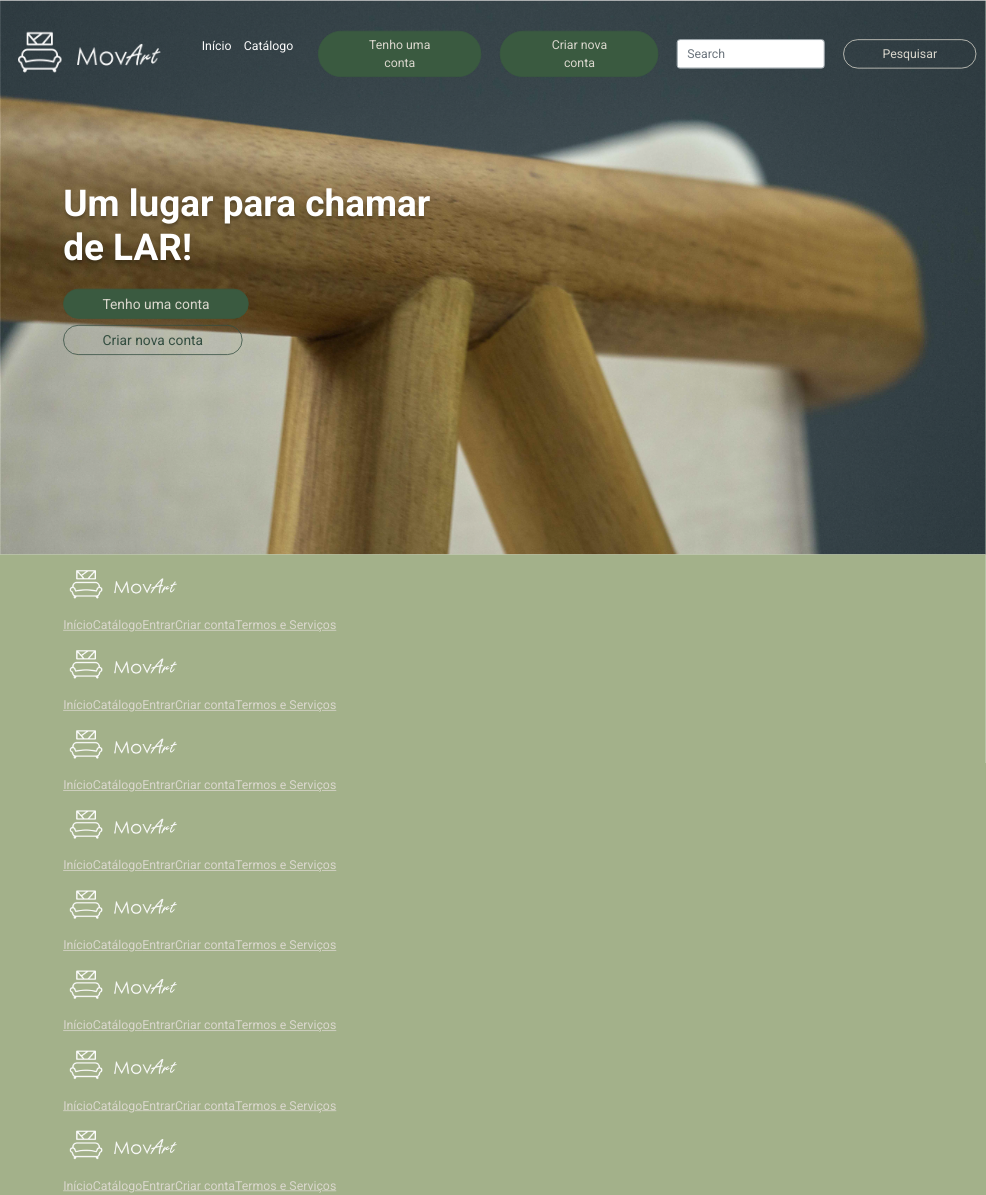
Repository: telesbp/Projeto-4-e-Projeto-5
Page: / (app in front-end/)
An editor plug-in stored every save of this project. The page is shown before and after the next save, followed by the edit.
The browser window is 1280 px wide. The pictures show the whole page, at 77% of full size.
The project was rebuilt for these pictures with package versions that can differ from the ones it lists, and the page was loaded fresh each time.

Above is the page before, as saved 2022-07-17 21:21:30.

### front-end/public/index.html
<!DOCTYPE html>
<html lang="pt-BR">
  <head>
    <meta charset="utf-8" />
    <link rel="icon" href="%PUBLIC_URL%/favicon.ico" />
    <meta name="viewport" content="width=device-width, initial-scale=1" />
    <meta name="theme-color" content="#000000" />
    <meta
      name="description"
      content="Seu negócio automatizado!"
    />
    <link rel="apple-touch-icon" href="%PUBLIC_URL%/logo192.png" />
    <!--
      manifest.json provides metadata used when your web app is installed on a
      user's mobile device or desktop. See https://developers.google.com/web/fundamentals/web-app-manifest/
    -->
    <link rel="manifest" href="%PUBLIC_URL%/manifest.json" />
    <!--
      Notice the use of %PUBLIC_URL% in the tags above.
      It will be replaced with the URL of the `public` folder during the build.
      Only files inside the `public` folder can be referenced from the HTML.

      Unlike "/favicon.ico" or "favicon.ico", "%PUBLIC_URL%/favicon.ico" will
      work correctly both with client-side routing and a non-root public URL.
      Learn how to configure a non-root public URL by running `npm run build`.
    -->
    <title>Stagio</title>

    <link rel="preconnect" href="https://fonts.googleapis.com">
    <link rel="preconnect" href="https://fonts.gstatic.com" crossorigin>
    <link href="https://fonts.googleapis.com/css2?family=Roboto:wght@400;700&display=swap" rel="stylesheet">
  </head>
  <body>
    <noscript>You need to enable JavaScript to run this app.</noscript>
    <div id="root"></div>
    <!--
      This HTML file is a template.
      If you open it directly in the browser, you will see an empty page.

      You can add webfonts, meta tags, or analytics to this file.
      The build step will place the bundled scripts into the <body> tag.

      To begin the development, run `npm start` or `yarn start`.
      To create a production bundle, use `npm run build` or `yarn build`.
    -->
  </body>
</html>

### front-end/src/index.tsx
import React from 'react';
import ReactDOM from 'react-dom/client';
import App from './App';
import 'bootstrap/dist/css/bootstrap.min.css';
import { BrowserRouter } from 'react-router-dom';
import 'react-toastify/dist/ReactToastify.css';
import { ToastContainer } from 'react-toastify';
import { GlobalStyle } from './assets/css/global';

const root = ReactDOM.createRoot(
  document.getElementById('root') as HTMLElement
);
root.render(
  <React.StrictMode>
    <BrowserRouter>
    <GlobalStyle/>
      <App />
      <ToastContainer/>
    </BrowserRouter>
  </React.StrictMode>
);

### front-end/src/App.tsx
import { HomeView } from "./views/Home";

function App() {
  return (
    <HomeView/>
  );
}

export default App;

### front-end/src/assets/css/global.ts
import { createGlobalStyle } from "styled-components";

export const GlobalStyle = createGlobalStyle`
    body{
       font-family: 'Roboto', sans-serif;
    }
`

### front-end/src/views/Home/index.tsx
import { Container } from "react-bootstrap";
import styled from "styled-components";
import bgSite from "../../assets/img/cadeira1.png"
import { CustomButton } from "../../components/CustomButton";
import { Layout } from "../../components/Layout";

export function HomeView(){
    return(
        <Layout>
            <Banner className="vh-100">
                <Container className="h-100 d-flex flex-column justify-content-center align-items-center align-items-lg-start">
                    <Title className="text-center text-white text-lg-start mt-auto mt-lg-0 ">Um lugar para chamar de LAR!</Title>
                    <CustomButton size="lg" to="login" variant="primary" className="mt-auto mt-lg-3 mb-2">Tenho uma conta</CustomButton>
                    <CustomButton size="lg" to="cadastro" variant="outline-primary" className="mb-4">Criar nova conta</CustomButton>
                </Container>
            </Banner>
        </Layout>
    )
}

const Banner = styled.div`
    background: url(${bgSite}) no-repeat center center;
    background-size: cover;
`
const Title = styled.h1`
    font-size: 2.25rem;
    font-weight: bold;
    text-shadow: 0 4px 4px rgba(0, 0, 0, 0.25);
    @media (min-width: 992px){
        font-size: 3rem;
        max-width: 500px;
    }
`

### front-end/src/components/CustomButton/index.tsx
import { Button, ButtonProps, Spinner } from "react-bootstrap";
import { LinkContainer } from "react-router-bootstrap";
import styled from "styled-components";

type Props = ButtonProps & {
    loading?: boolean
    to?: string
}

export function CustomButton({children, loading, to, ...otherProps}: Props) {
    const button = (
        <ButtonStyled {...otherProps}>
            {loading && (
                <Spinner animation="border" role="status" size="sm" className="me-2">
                    <span className="visually-hidden">Carregando...</span>
                </Spinner>
            )}
            {children}
        </ButtonStyled>
    )
    if (to){
        return(
            <LinkContainer to={to}>
                {button}
            </LinkContainer>
        )
    }
    return button
}
const ButtonStyled = styled(Button)`
    border-radius: 50px;
    font-weight: 500;
    padding:5px 50px 5px 50px;
    ${props => props.size ==='lg' && `
        font-size: 1.125rem;
    `}
    ${props => (props.variant === "primary" || !props.variant) && `
        background-color: #3A5A40;
        border-color: #3A5A40;
        color: #DAD7CD!important;
        &:hover {
            background-color: #344E41;
            border-color: #344E41;
        }
    `}
    ${props => (props.variant === "outline-primary" || !props.variant) && `
        border-color: #344E41;
        color: #344E41;
        &:hover {
            background-color: #344E41;
            border-color: #344E41;
            color: #DAD7CD;
        }
    `}
    ${props => (props.variant === "outline-secundary" || !props.variant) && `
        border-color: #DAD7CD;
        color: #DAD7CD;
        &:hover {
            background-color: #344E41;
            border-color: #344E41;
            color: #DAD7CD;
        }
    `}
`

### front-end/src/components/Layout/index.tsx
import { Footer } from "./Footer"
import { Header } from "./Header"

type Props = {
    children: React.ReactNode
}
export const Layout: React.FC<Props> = ({children}) => {
    return (
        <>
            <Header/>
            {children}
            <Footer/>
        </>
    )
}

### front-end/src/components/Layout/Footer.tsx
import { Container, Nav } from "react-bootstrap";
import { Link } from "react-router-dom";
import styled from "styled-components";
import LogoBrand from "../../assets/img/logobranca.png"

export function Footer () {
    return(
        <FooterStyled>
            <Container>
                <img src={LogoBrand} alt="MovArt" width={170} height={80}/>
                <Nav>
                    <NavLinkTitleStyled  as={Link} to="/">Início</NavLinkTitleStyled >
                    <NavLinkTitleStyled  as={Link} to="/">Catálogo</NavLinkTitleStyled >
                    <NavLinkTitleStyled  as={Link} to="/">Entrar</NavLinkTitleStyled >
                    <NavLinkTitleStyled  as={Link} to="/">Criar conta</NavLinkTitleStyled >
                    <NavLinkTitleStyled  as={Link} to="/">Termos e Serviços</NavLinkTitleStyled >
                </Nav>
            </Container>
            <Container>
                <img src={LogoBrand} alt="MovArt" width={170} height={80}/>
                <Nav>
                    <NavLinkTitleStyled  as={Link} to="/">Início</NavLinkTitleStyled >
                    <NavLinkTitleStyled  as={Link} to="/">Catálogo</NavLinkTitleStyled >
                    <NavLinkTitleStyled  as={Link} to="/">Entrar</NavLinkTitleStyled >
                    <NavLinkTitleStyled  as={Link} to="/">Criar conta</NavLinkTitleStyled >
                    <NavLinkTitleStyled  as={Link} to="/">Termos e Serviços</NavLinkTitleStyled >
                </Nav>
            </Container>
            <Container>
                <img src={LogoBrand} alt="MovArt" width={170} height={80}/>
                <Nav>
                    <NavLinkTitleStyled  as={Link} to="/">Início</NavLinkTitleStyled >
                    <NavLinkTitleStyled  as={Link} to="/">Catálogo</NavLinkTitleStyled >
                    <NavLinkTitleStyled  as={Link} to="/">Entrar</NavLinkTitleStyled >
                    <NavLinkTitleStyled  as={Link} to="/">Criar conta</NavLinkTitleStyled >
                    <NavLinkTitleStyled  as={Link} to="/">Termos e Serviços</NavLinkTitleStyled >
                </Nav>
            </Container>
            <Container>
                <img src={LogoBrand} alt="MovArt" width={170} height={80}/>
                <Nav>
                    <NavLinkTitleStyled  as={Link} to="/">Início</NavLinkTitleStyled >
                    <NavLinkTitleStyled  as={Link} to="/">Catálogo</NavLinkTitleStyled >
                    <NavLinkTitleStyled  as={Link} to="/">Entrar</NavLinkTitleStyled >
                    <NavLinkTitleStyled  as={Link} to="/">Criar conta</NavLinkTitleStyled >
                    <NavLinkTitleStyled  as={Link} to="/">Termos e Serviços</NavLinkTitleStyled >
                </Nav>
            </Container>
            <Container>
                <img src={LogoBrand} alt="MovArt" width={170} height={80}/>
                <Nav>
                    <NavLinkTitleStyled  as={Link} to="/">Início</NavLinkTitleStyled >
                    <NavLinkTitleStyled  as={Link} to="/">Catálogo</NavLinkTitleStyled >
                    <NavLinkTitleStyled  as={Link} to="/">Entrar</NavLinkTitleStyled >
                    <NavLinkTitleStyled  as={Link} to="/">Criar conta</NavLinkTitleStyled >
                    <NavLinkTitleStyled  as={Link} to="/">Termos e Serviços</NavLinkTitleStyled >
                </Nav>
            </Container>
            <Container>
                <img src={LogoBrand} alt="MovArt" width={170} height={80}/>
                <Nav>
                    <NavLinkTitleStyled  as={Link} to="/">Início</NavLinkTitleStyled >
                    <NavLinkTitleStyled  as={Link} to="/">Catálogo</NavLinkTitleStyled >
                    <NavLinkTitleStyled  as={Link} to="/">Entrar</NavLinkTitleStyled >
                    <NavLinkTitleStyled  as={Link} to="/">Criar conta</NavLinkTitleStyled >
                    <NavLinkTitleStyled  as={Link} to="/">Termos e Serviços</NavLinkTitleStyled >
                </Nav>
            </Container>
            <Container>
                <img src={LogoBrand} alt="MovArt" width={170} height={80}/>
                <Nav>
                    <NavLinkTitleStyled  as={Link} to="/">Início</NavLinkTitleStyled >
                    <NavLinkTitleStyled  as={Link} to="/">Catálogo</NavLinkTitleStyled >
                    <NavLinkTitleStyled  as={Link} to="/">Entrar</NavLinkTitleStyled >
                    <NavLinkTitleStyled  as={Link} to="/">Criar conta</NavLinkTitleStyled >
                    <NavLinkTitleStyled  as={Link} to="/">Termos e Serviços</NavLinkTitleStyled >
                </Nav>
            </Container>
            <Container>
                <img src={LogoBrand} alt="MovArt" width={170} height={80}/>
                <Nav>
                    <NavLinkTitleStyled  as={Link} to="/">Início</NavLinkTitleStyled >
                    <NavLinkTitleStyled  as={Link} to="/">Catálogo</NavLinkTitleStyled >
                    <NavLinkTitleStyled  as={Link} to="/">Entrar</NavLinkTitleStyled >
                    <NavLinkTitleStyled  as={Link} to="/">Criar conta</NavLinkTitleStyled >
                    <NavLinkTitleStyled  as={Link} to="/">Termos e Serviços</NavLinkTitleStyled >
                </Nav>
            </Container>
        </FooterStyled>
    )
}

const FooterStyled = styled.footer`
    background: #A3B18A;
`
const NavLinkTitleStyled = styled(Nav.Link)`
    color:#DAD7CD;
`

### front-end/src/components/Layout/Header.tsx
import { faBarsStaggered } from "@fortawesome/free-solid-svg-icons";
import { FontAwesomeIcon } from "@fortawesome/react-fontawesome";
import { useEffect, useState } from "react";
import { Container, Form, Nav, Navbar } from "react-bootstrap";
import { Link } from "react-router-dom";
import styled from "styled-components";
import LogoBrand from "../../assets/img/logobranca.png"
import LogoBrandBlack from "../../assets/img/logopreta.png"
import { CustomButton } from "../CustomButton";

export function Header() {
    const [isTransparent, setIsTransparent] = useState(true)
    useEffect(() => {
        const scrollChange = () => {
            const isLowScroll = window.scrollY < 60
            if (isLowScroll !== isTransparent){
            setIsTransparent(isLowScroll)
        }
        }
        window.addEventListener("scroll", scrollChange)
        return () => {
            window.removeEventListener("scroll", scrollChange)
        }
    },[isTransparent])
    return(
        <Navbar fixed="top" expand="lg" bg={isTransparent ? undefined : "white"} >
        <Container fluid>
          <Navbar.Brand to="/" as={Link}>
            <ImageStyle src={isTransparent ? LogoBrand : LogoBrandBlack} alt="MovArt" width={170} height={80}/>
          </Navbar.Brand>
          <NavBarToggleStyled aria-controls="basic-navbar-nav">
            <FontAwesomeIcon icon={faBarsStaggered}  className={isTransparent ? "text-white" : "text-dark"} size="lg" />
            </NavBarToggleStyled>
        <NavBarCollapseStyled id="basic-navbar-nav">
          <Nav className="ms-auto">
            <NavLinkStyled forwardedAs={Link} to="/" className="justify-contend-center text-center">Início</NavLinkStyled>
            <NavLinkStyled forwardedAs={Link} to="/catálogo" className="justify-contend-center text-center">Catálogo</NavLinkStyled>
            <CustomButton className="mt-2 mt-lg-0 ms-lg-4" variant="primary">Tenho uma conta</CustomButton>
            <CustomButton className="mt-2 mt-lg-0 ms-lg-4" variant="primary">Criar nova conta</CustomButton>
        </Nav>
            <Form className="d-flex">
              <Form.Control
                type="search"
                placeholder="Search"
                className="mt-2 mt-lg-0 ms-lg-4"
                aria-label="Search"
              />
              <CustomButton variant={isTransparent ? "outline-secundary" : "outline-primary" } className="mt-2 mt-lg-0 ms-lg-4">Pesquisar</CustomButton>
            </Form>
          </NavBarCollapseStyled>
        </Container>
      </Navbar>
    )
}
const NavBarToggleStyled = styled(Navbar.Toggle)`
    border:none;
`

const NavBarCollapseStyled = styled(Navbar.Collapse)`
   @media (max-width: 991px) {
   background-color:#fafafa ;
    margin: 0 -12px;
    padding: 1rem 2rem;
}
`
const NavLinkStyled = styled(Nav.Link)`
    @media (min-width: 992px){
        color: #fafafa!important;
    }

`
const ImageStyle = styled.img`
    @media (min-width: 992px){
       width: 226px;
       height: auto;
    }
`

After the next save:
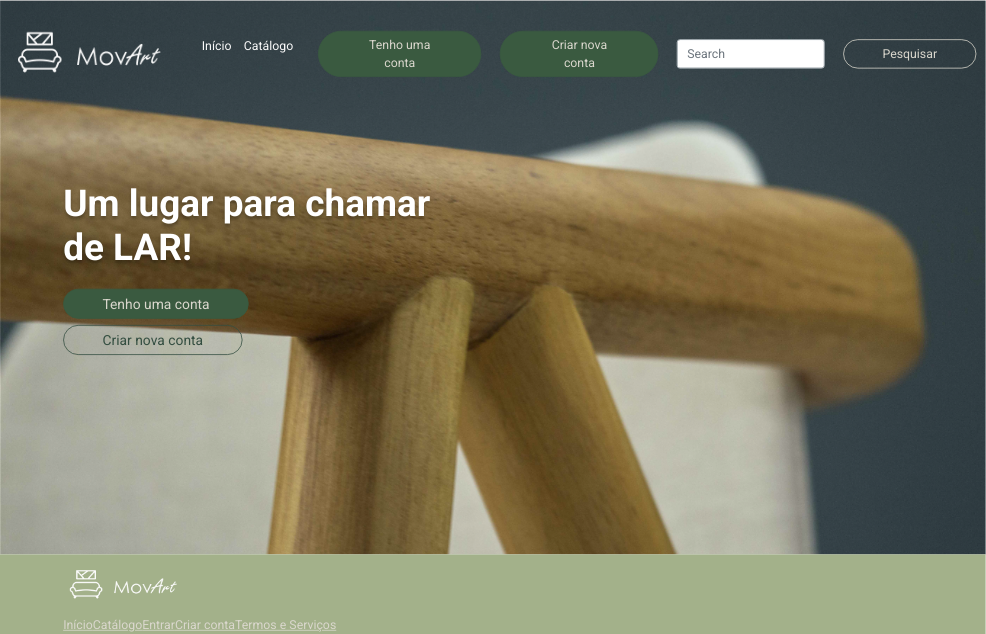
Saved 2 min 12 s later.
--- a/front-end/src/components/Layout/Footer.tsx
+++ b/front-end/src/components/Layout/Footer.tsx
@@ -6,76 +6,6 @@ import LogoBrand from "../../assets/img/logobranca.png"
 export function Footer () {
     return(
         <FooterStyled>
-            <Container>
-                <img src={LogoBrand} alt="MovArt" width={170} height={80}/>
-                <Nav>
-                    <NavLinkTitleStyled  as={Link} to="/">Início</NavLinkTitleStyled >
-                    <NavLinkTitleStyled  as={Link} to="/">Catálogo</NavLinkTitleStyled >
-                    <NavLinkTitleStyled  as={Link} to="/">Entrar</NavLinkTitleStyled >
-                    <NavLinkTitleStyled  as={Link} to="/">Criar conta</NavLinkTitleStyled >
-                    <NavLinkTitleStyled  as={Link} to="/">Termos e Serviços</NavLinkTitleStyled >
-                </Nav>
-            </Container>
-            <Container>
-                <img src={LogoBrand} alt="MovArt" width={170} height={80}/>
-                <Nav>
-                    <NavLinkTitleStyled  as={Link} to="/">Início</NavLinkTitleStyled >
-                    <NavLinkTitleStyled  as={Link} to="/">Catálogo</NavLinkTitleStyled >
-                    <NavLinkTitleStyled  as={Link} to="/">Entrar</NavLinkTitleStyled >
-                    <NavLinkTitleStyled  as={Link} to="/">Criar conta</NavLinkTitleStyled >
-                    <NavLinkTitleStyled  as={Link} to="/">Termos e Serviços</NavLinkTitleStyled >
-                </Nav>
-            </Container>
-            <Container>
-                <img src={LogoBrand} alt="MovArt" width={170} height={80}/>
-                <Nav>
-                    <NavLinkTitleStyled  as={Link} to="/">Início</NavLinkTitleStyled >
-                    <NavLinkTitleStyled  as={Link} to="/">Catálogo</NavLinkTitleStyled >
-                    <NavLinkTitleStyled  as={Link} to="/">Entrar</NavLinkTitleStyled >
-                    <NavLinkTitleStyled  as={Link} to="/">Criar conta</NavLinkTitleStyled >
-                    <NavLinkTitleStyled  as={Link} to="/">Termos e Serviços</NavLinkTitleStyled >
-                </Nav>
-            </Container>
-            <Container>
-                <img src={LogoBrand} alt="MovArt" width={170} height={80}/>
-                <Nav>
-                    <NavLinkTitleStyled  as={Link} to="/">Início</NavLinkTitleStyled >
-                    <NavLinkTitleStyled  as={Link} to="/">Catálogo</NavLinkTitleStyled >
-                    <NavLinkTitleStyled  as={Link} to="/">Entrar</NavLinkTitleStyled >
-                    <NavLinkTitleStyled  as={Link} to="/">Criar conta</NavLinkTitleStyled >
-                    <NavLinkTitleStyled  as={Link} to="/">Termos e Serviços</NavLinkTitleStyled >
-                </Nav>
-            </Container>
-            <Container>
-                <img src={LogoBrand} alt="MovArt" width={170} height={80}/>
-                <Nav>
-                    <NavLinkTitleStyled  as={Link} to="/">Início</NavLinkTitleStyled >
-                    <NavLinkTitleStyled  as={Link} to="/">Catálogo</NavLinkTitleStyled >
-                    <NavLinkTitleStyled  as={Link} to="/">Entrar</NavLinkTitleStyled >
-                    <NavLinkTitleStyled  as={Link} to="/">Criar conta</NavLinkTitleStyled >
-                    <NavLinkTitleStyled  as={Link} to="/">Termos e Serviços</NavLinkTitleStyled >
-                </Nav>
-            </Container>
-            <Container>
-                <img src={LogoBrand} alt="MovArt" width={170} height={80}/>
-                <Nav>
-                    <NavLinkTitleStyled  as={Link} to="/">Início</NavLinkTitleStyled >
-                    <NavLinkTitleStyled  as={Link} to="/">Catálogo</NavLinkTitleStyled >
-                    <NavLinkTitleStyled  as={Link} to="/">Entrar</NavLinkTitleStyled >
-                    <NavLinkTitleStyled  as={Link} to="/">Criar conta</NavLinkTitleStyled >
-                    <NavLinkTitleStyled  as={Link} to="/">Termos e Serviços</NavLinkTitleStyled >
-                </Nav>
-            </Container>
-            <Container>
-                <img src={LogoBrand} alt="MovArt" width={170} height={80}/>
-                <Nav>
-                    <NavLinkTitleStyled  as={Link} to="/">Início</NavLinkTitleStyled >
-                    <NavLinkTitleStyled  as={Link} to="/">Catálogo</NavLinkTitleStyled >
-                    <NavLinkTitleStyled  as={Link} to="/">Entrar</NavLinkTitleStyled >
-                    <NavLinkTitleStyled  as={Link} to="/">Criar conta</NavLinkTitleStyled >
-                    <NavLinkTitleStyled  as={Link} to="/">Termos e Serviços</NavLinkTitleStyled >
-                </Nav>
-            </Container>
             <Container>
                 <img src={LogoBrand} alt="MovArt" width={170} height={80}/>
                 <Nav>
